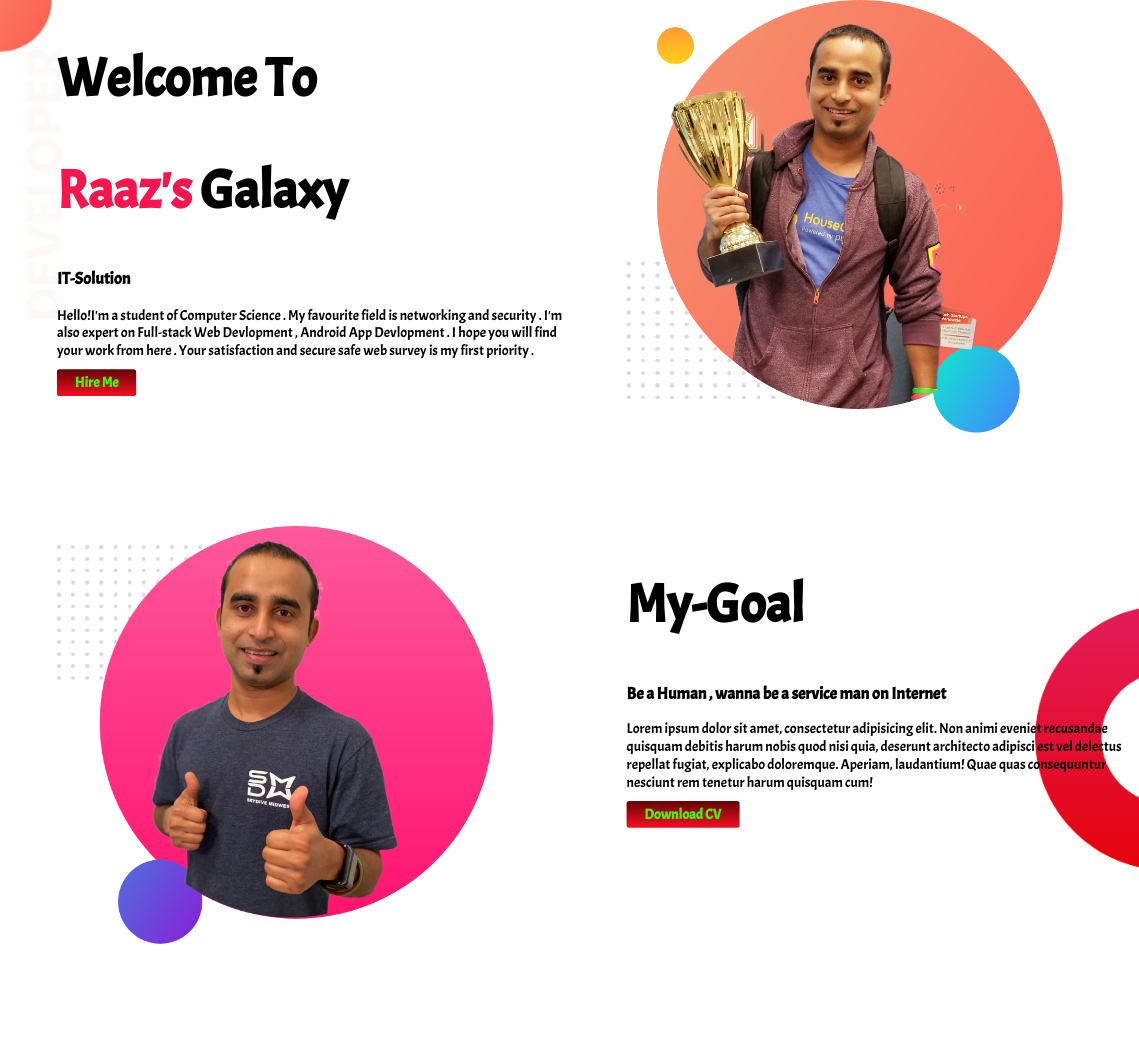
Repository: ramizraaz/my-portfolio
Page: about.html
An editor plug-in stored every save of this project. The page is shown before and after the next save, followed by the edit.
The browser window is 1280 px wide. The pictures show the whole page, at 89% of full size.

Above is the page before, as saved 2022-01-13 19:20:16.

After the next save:
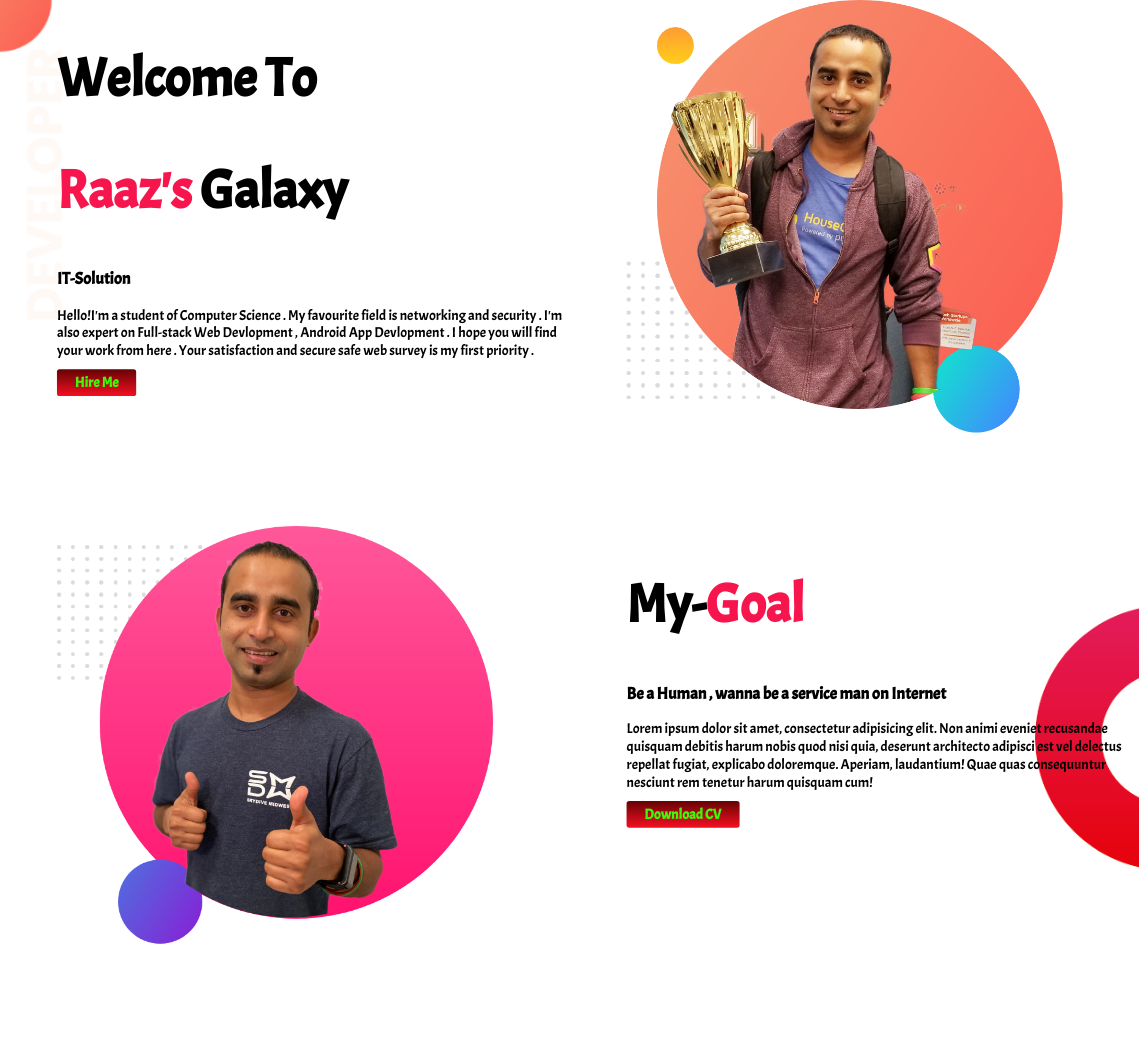
Saved 4 days later.
--- a/about.html
+++ b/about.html
@@ -31,7 +31,7 @@
             <img src="images/jhankar2.png" alt="Personal Profile">
         </div>
         <div class="content">
-            <h1>My-Goal</h1>
+            <h1>My-<span>Goal</span></h1>
             <h3>Be a Human , wanna be a service man on Internet</h3>
             <p>Lorem ipsum dolor sit amet, consectetur adipisicing elit. Non animi eveniet recusandae quisquam debitis harum nobis quod nisi quia, deserunt architecto adipisci est vel delectus repellat fugiat, explicabo doloremque. Aperiam, laudantium! Quae
                 quas consequuntur nesciunt rem tenetur harum quisquam cum!</p>
